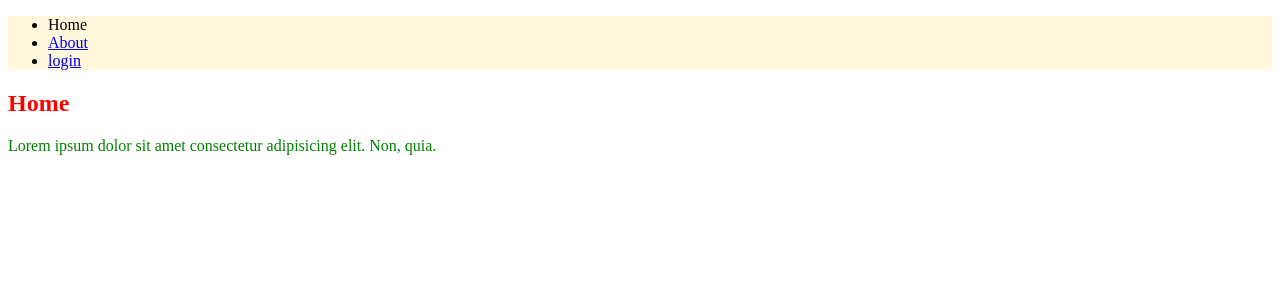
Repository: AnnaSpirit/Tests__
Page: CSS/index.html
These files come from the project's save history. The page is drawn as it stood at one moment and after a run of saves; the edit follows.
The browser window is 1280 px wide. The pictures show the whole page.

Above is the page before, as saved 2024-04-04 16:58:49.

### CSS/index.html
<!DOCTYPE html>
<html lang="en">
<head>
    <meta charset="UTF-8">
    <meta name="viewport" content="width=device-width, initial-scale=1.0">
    <link rel="stylesheet" href="style.css">
    <title>index</title>
</head>
<body>
    <header style="background-color: cornsilk;">
        <nav>
            <ul>
                <li>Home</li>
                <li><a href="about.html">About</a></li>
                <li><a href="login.html">login</a></li>
            </ul>
        </nav>
    </header>
    <section>
        <h2>
            <h2>Home</h2>
            <p>Lorem ipsum dolor sit amet consectetur adipisicing elit. Non, quia.</p>
        </h2>
    </section>
</body>
</html>

### CSS/style.css
/* Selector {
    Property: value;
} */

h2{
    color: red;

}
p{
    color: green;
}

After the next 4 saves:
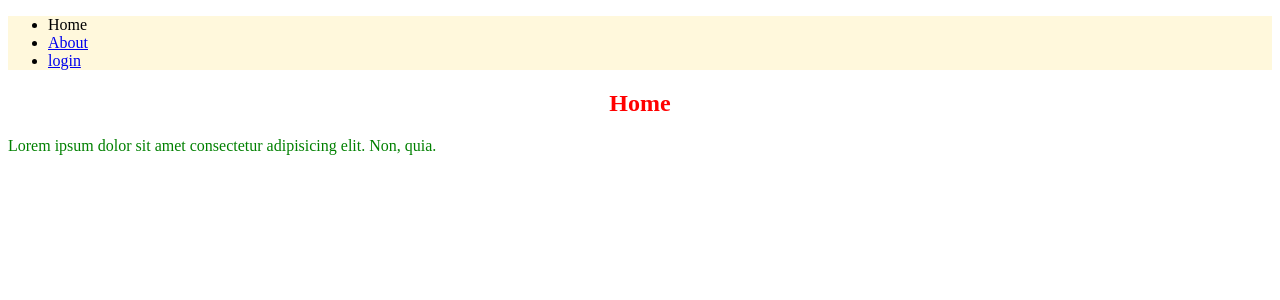
The 4 saves are shown as one change because they came seconds apart.
The last was saved 17 s later.
--- a/CSS/style.css
+++ b/CSS/style.css
@@ -4,7 +4,8 @@
 
 h2{
     color: red;
-
+    text-align: center;
+    bor
 }
 p{
     color: green;
